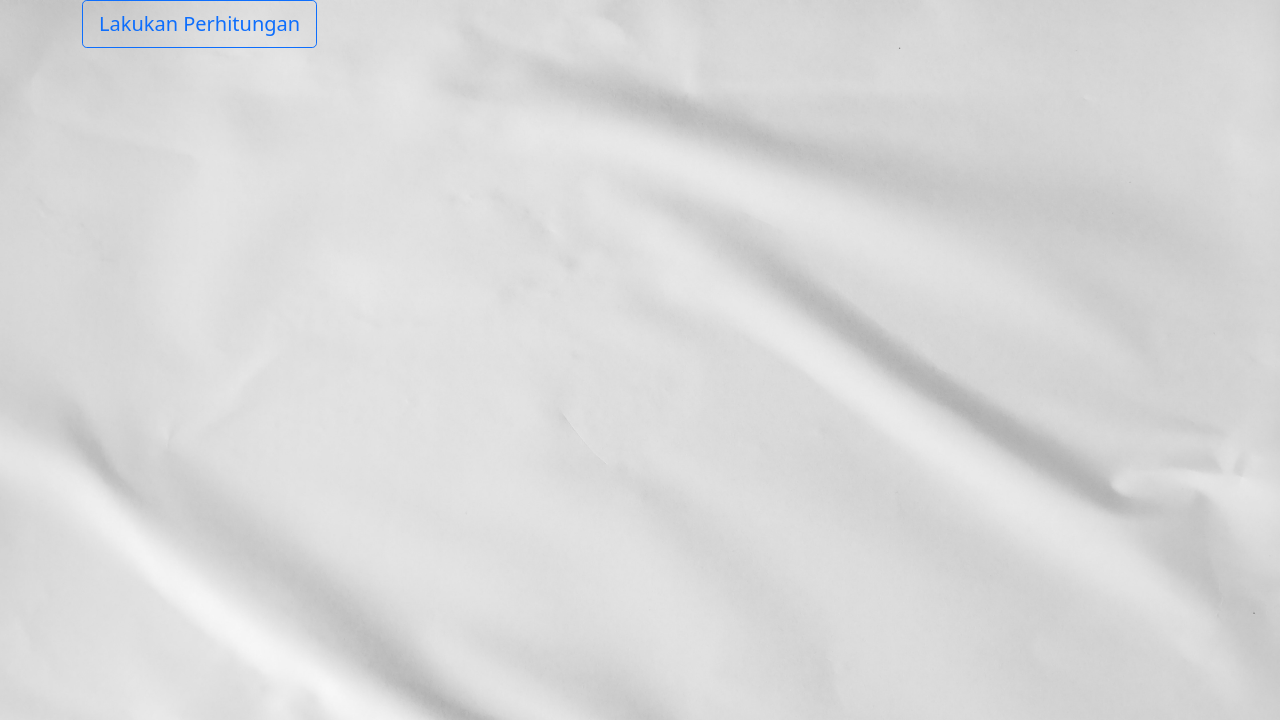
Repository: aqordeon/SPKWP
Page: http://localhost/
An editor plug-in stored every save of this project. The page is shown before and after the next save, followed by the edit.
The browser window is 1280 px wide. The pictures show the whole page.
The page is run by PHP 8.4 with error messages shown; the project is at /var/www/html/.

Above is the page before, as saved 2021-01-11 01:35:15.

After the next save:
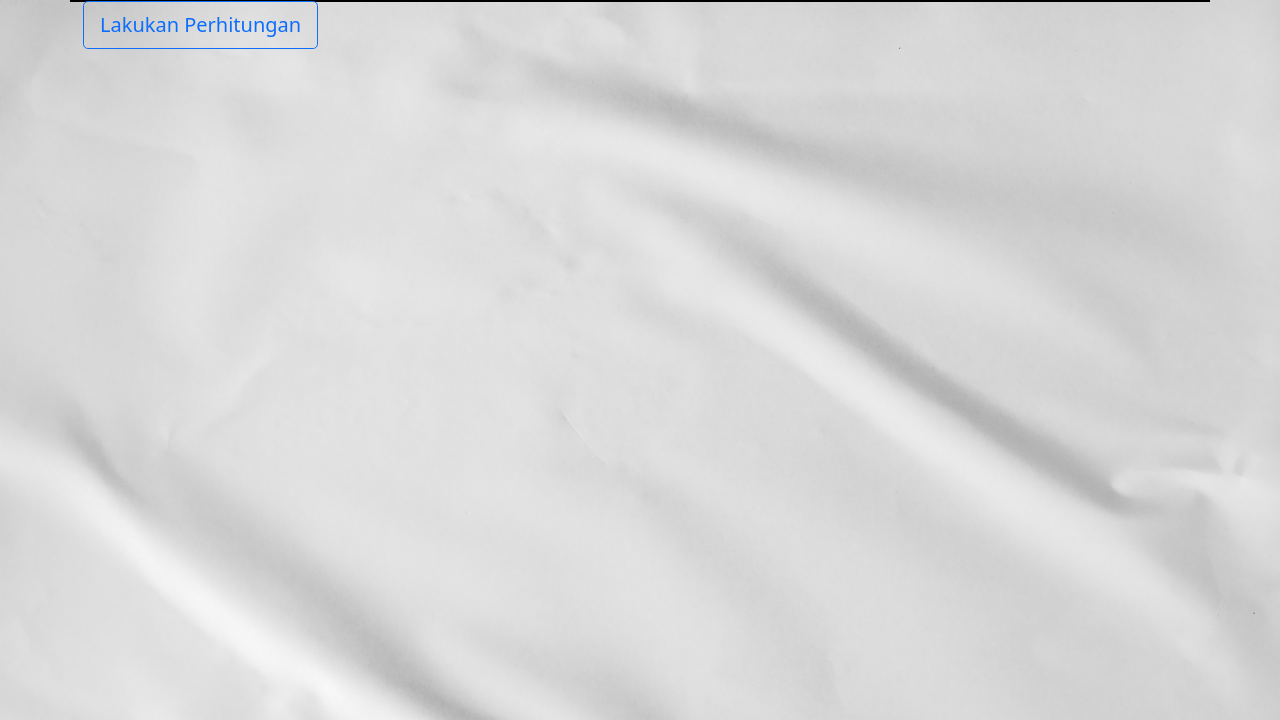
Saved 21 s later.
--- a/index.php
+++ b/index.php
@@ -20,7 +20,7 @@
     </style>
 </head>
 <body>
-    <div class="container">
+    <div class="container" style="border: 1px solid black;">
         <div style="position: absolute; margin: auto; vertical-align: middle;">
             <a href="hitungKriteria.php" class="btn btn-outline-primary btn-lg" >Lakukan Perhitungan</a>
         <div>
